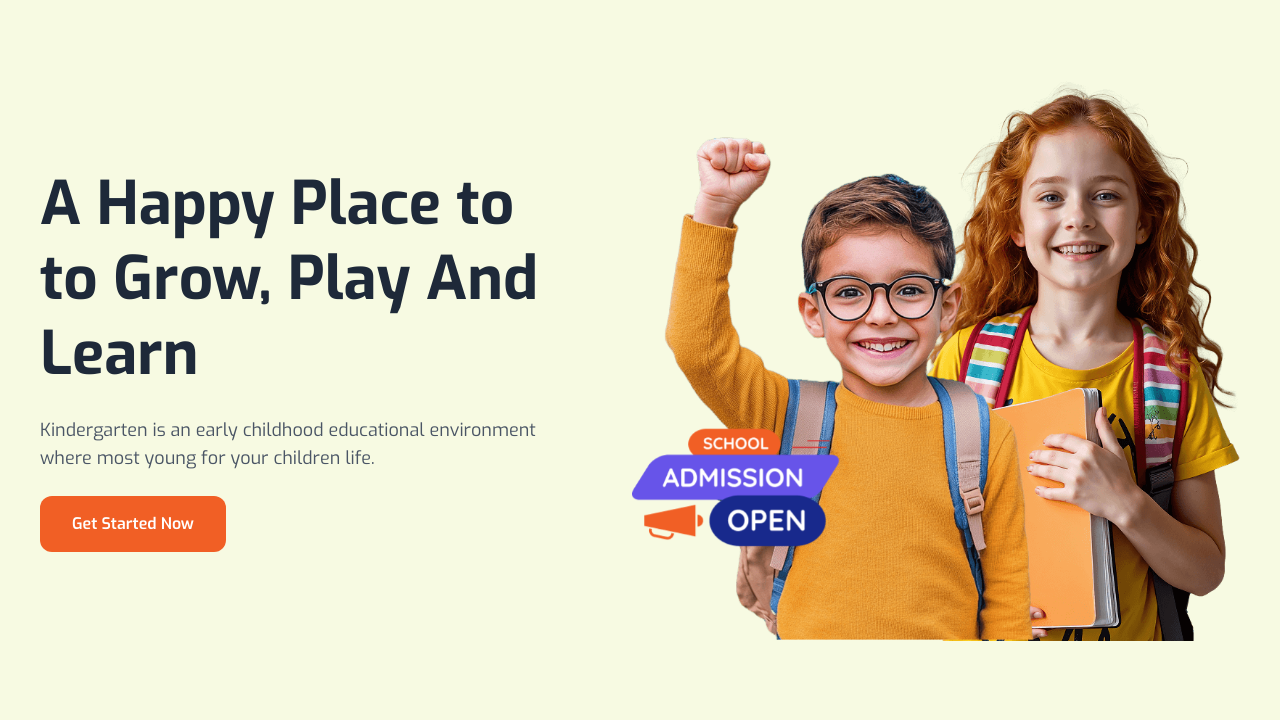
Repository: deepak445566/school
Page: / (app in okwork/)
An editor plug-in stored every save of this project. The page is shown before and after the next save, followed by the edit.
The browser window is 1280 px wide. The pictures show the whole page.
Some web fonts or font styles are not loaded; a fallback is used. The project was rebuilt for these pictures with package versions that can differ from the ones it lists, and the page was loaded fresh each time. Some packages were replaced by stand-ins written for this rebuild. Also part of the build but not shown: okwork/vite.config.js.

Above is the page before, as saved 2026-02-18 16:37:19.

After the next save:
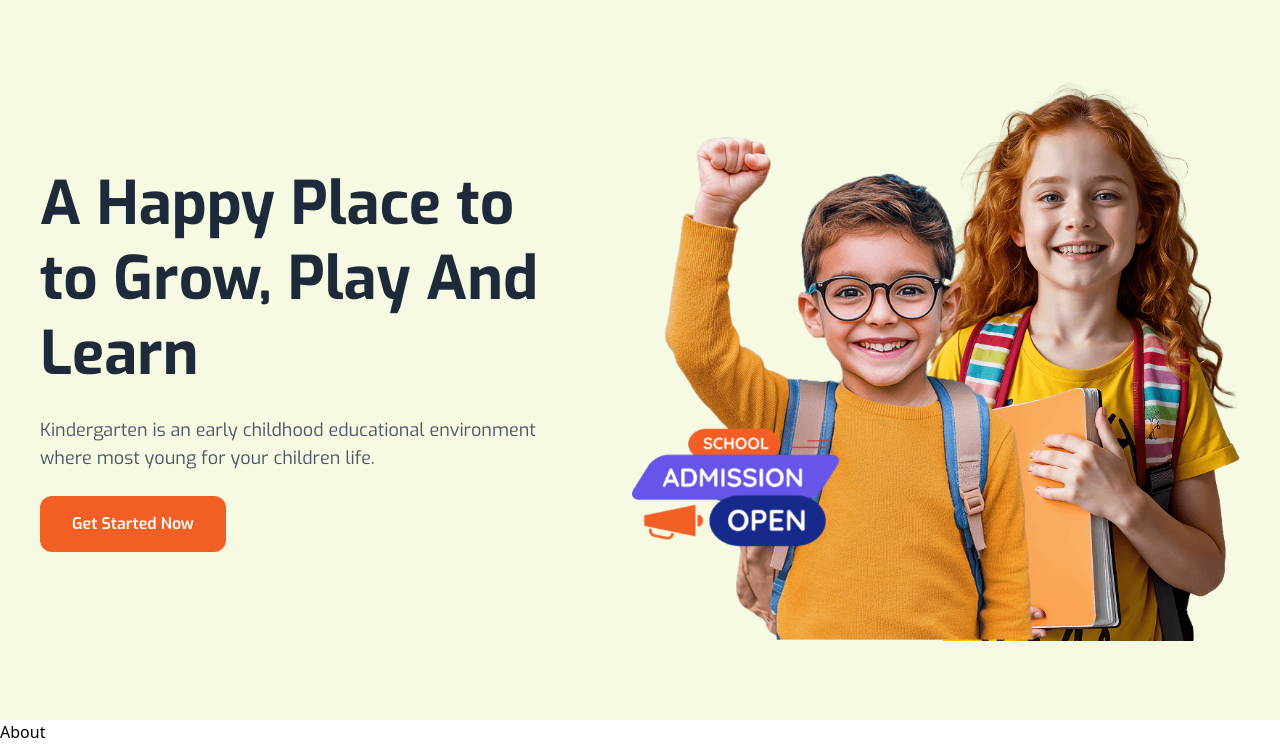
Saved 8 s later.
--- a/okwork/src/App.jsx
+++ b/okwork/src/App.jsx
@@ -1,11 +1,12 @@
 import React from 'react'
 import Home from './components/Home'
+import About from './components/About'
 
 function App() {
   return (
     <>
     <Home/>
-
+    <About/>
 
     </>
   )
